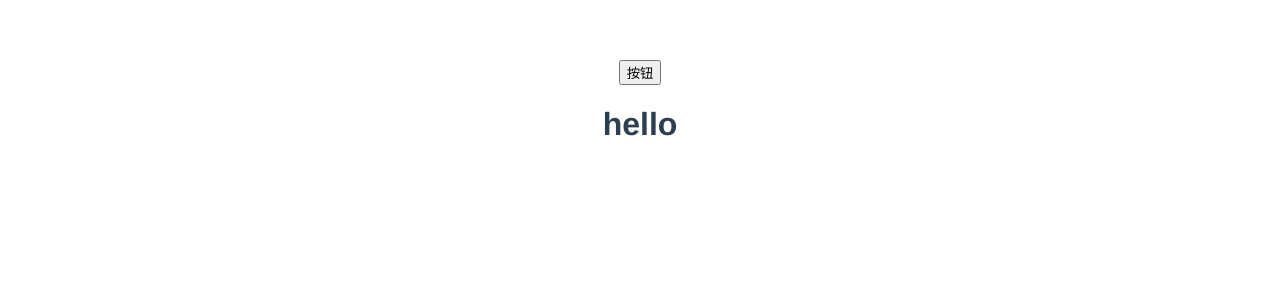
Repository: 319226862/wyy
Page: / (app in test/)
These files come from the project's save history. The page is drawn as it stood at one moment and after the next save; the edit follows.
The browser window is 1280 px wide. The pictures show the whole page.
The project was rebuilt for these pictures with package versions that can differ from the ones it lists, and the page was loaded fresh each time. Also part of the build but not shown: test/vue.config.js, test/src/components/School.vue, test/src/components/Student.vue.

Above is the page before, as saved 2023-06-25 20:34:21.

After the next save:
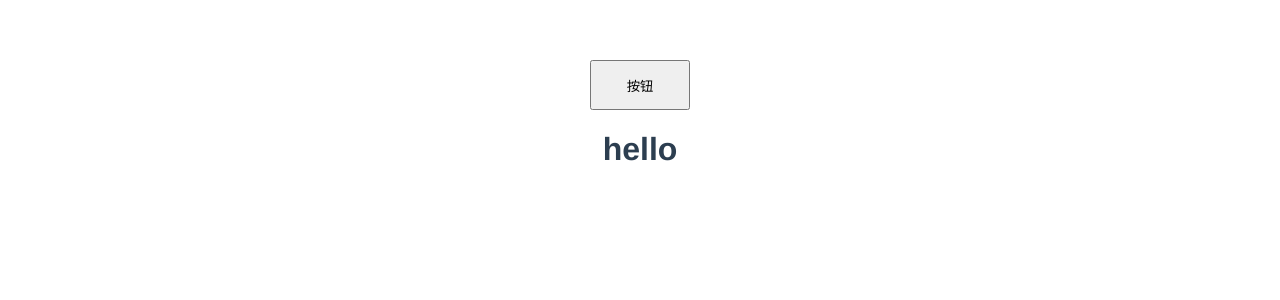
Saved 8 min 57 s later.
--- a/test/src/components/Draw.vue
+++ b/test/src/components/Draw.vue
@@ -15,6 +15,9 @@ export default {
 }
 </script>
 
-<style>
-
+<style scoped>
+button{
+    width: 100px;
+    height: 50px;
+}
 </style>
